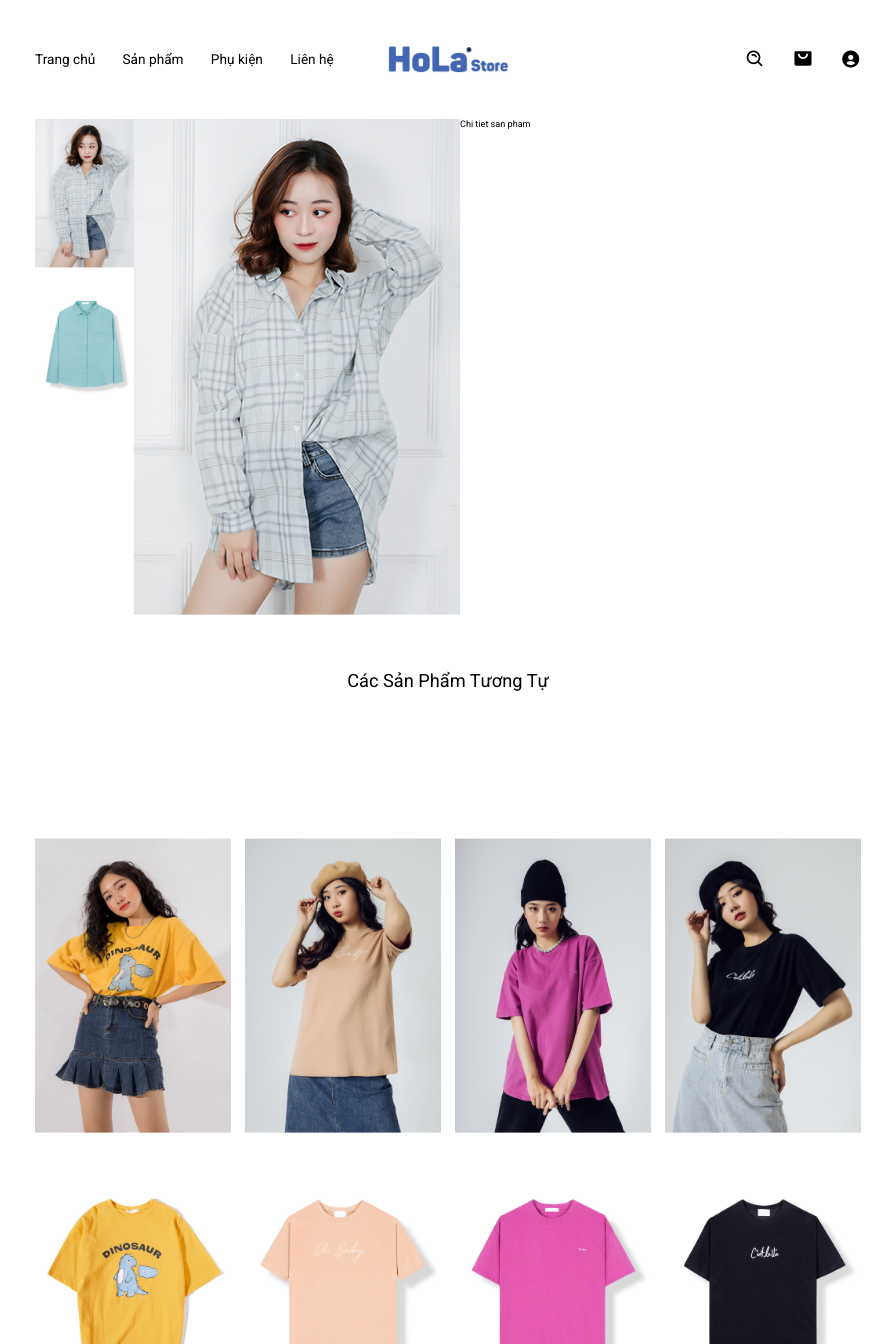
Repository: eric-nguyen-fe/Hola-ecommerce
Page: /catalog/ao-somi-caro-07
The author's editor kept a copy of each file at every save. The page is drawn from the files as they stood at one save, then again after the next save.
The browser window is 1280 px wide. The pictures show the part of the page from y = 0 to 1920 px (the page is 3731 px tall before and 4226 px after), at 70% of full size.
The project was rebuilt for these pictures with package versions that can differ from the ones it lists, and the page was loaded fresh each time. Also part of the build but not shown: src/components/HeroSlider.jsx, src/components/PolicyCard.jsx, src/assets/fake-data/hero-slider.js, src/assets/fake-data/policy.js, src/pages/Home.jsx, src/components/CheckBox.jsx, src/assets/fake-data/category.js, src/assets/fake-data/product-color.js and 4 more.

Above is the page before, as saved 2021-12-10 12:16:15.

### src/scss/index.scss
@import "./variables";
@import "./mixins";
@import "./base";

@import "./components/header";
@import "./components/footer";
@import "./components/hero-slider.scss";
@import "./components/button";
@import "./components/policy-card";
@import "./components/section";
@import "./components/product-card";
@import "./components/catalog";
@import "./components/custom-checkbox.scss";
@import "./components/product";

### src/components/Layout.jsx
import React from 'react'

import { BrowserRouter, Route } from 'react-router-dom'

import Header from './Header'
import Footer from './Footer'

import Routes from '../routes/Routes'

const Layout = () => {
    return (
        <BrowserRouter>
            <Route render={props => (
                <div>

                    <div className="container">
                    <Header {...props}/>
                        <div className="main">
                            <Routes/>
                        </div>
                    </div>
                    <Footer/>
                </div>
            )}/>
        </BrowserRouter>
    )
}

export default Layout

### src/scss/_variables.scss
$main-bg: #fff;
$main-color: #4267b2;

$txt-main-color: #000;
$txt-second-color: #8d8d8d;
$txt-white: #fff;

$btn-main-bg: $main-color;
$btn-main-color: #fff;

$header-height: 170px;
$header-tablet-height: 70px;
$header-mobile-height: 40px;
$header-shrink-height: 70px;

$box-shadow: rgba(73, 90, 105, 0.2) 0px 8px 24px;

$colors: (
    "blue": #4267b2,
    "orange": #eea54d,
    "pink": #f3786d,
    "white": #fff,
    "black": #000,
    "main": $main-color
);

$mobile-width: 600px;
$tablet-width: 1024px;

$numbers: (0, 1, 2, 3, 4, 5, 6, 7, 8);

### src/scss/mixins.scss
@mixin flex ($align-item, $justify-content) {
    display: flex;
    align-items: $align-item;
    justify-content: $justify-content;
}

@mixin mobile {
    @media only screen and (max-width: $mobile-width){
        @content;
    }
}

@mixin tablet {
    @media only screen and (max-width: $tablet-width){
        @content;
    }
}

### src/scss/_base.scss
@import url("https://fonts.googleapis.com/css2?family=M+PLUS+Rounded+1c:wght@100;300;400;500;700;800;900&family=Roboto:ital,wght@0,100;0,300;0,400;0,500;0,700;0,900;1,100;1,300;1,400;1,500;1,700;1,900&display=swap");

@import url("https://fonts.googleapis.com/css2?family=M+PLUS+Rounded+1c:wght@100;300;400;500;700;800;900&family=Roboto:ital,wght@0,100;0,300;0,400;0,500;0,700;0,900;1,100;1,300;1,400;1,500;1,700;1,900&display=swap");

* {
    padding: 0;
    margin: 0;
    box-sizing: border-box;
    -webkit-tap-highlight-color: transparent;
    user-select: none;
}

html {
    font-size: 13px;
}

body {
    font-family: "Roboto", sans-serif;
}

ul {
    list-style-type: none;
}

a {
    text-decoration: none;
    color: unset;
}

a:hover {
    color: $main-color;
}

img {
    max-width: 100%;
}

@each $color, $val in $colors {
    .color-#{$color} {
        color: $val;
    }

    .bg-#{$color} {
        background-color: $val;
    }
}

@each $val in $numbers {
    .grid-col-#{$val} {
        grid-template-columns: repeat($val, 1fr);
    }
}

@each $val in $numbers {
    .grid-col-md-#{$val} {
        @include tablet {
            grid-template-columns: repeat($val, 1fr);
        }
    }
}

@each $val in $numbers {
    .grid-col-sm-#{$val} {
        @include mobile {
            grid-template-columns: repeat($val, 1fr);
        }
    }
}

.container {
    width: 100%;
    max-width: 1620px;
    padding: 0 50px;
    margin: auto;

    @include tablet {
        padding: 0 20px;
    }

    @include mobile {
        padding: 0 10px;
    }
}

.main {
    margin-top: $header-height;
    margin-bottom: 2rem;
    min-height: 100vh;

    @include tablet {
        margin-top: calc(#{$header-tablet-height} + 20px);
    }

    @include mobile {
        margin-top: calc(#{$header-mobile-height} + 10px);
    }
}

.grid {
    display: grid;
}

### src/scss/components/_header.scss
.header {
    background-color: $main-bg;
    position: fixed;
    top: 0;
    left: 0;
    width: 100%;
    z-index: 99;
    height: $header-height;
    transition: height .3s ease;

    @include tablet {
        height: $header-tablet-height;
        box-shadow: $box-shadow;
    }

    .container {
        height: 100%;
    }

    &.shrink{
        height: $header-shrink-height;
        box-shadow: $box-shadow;
        z-index: 100;

        @include mobile {
            height: $header-mobile-height;
        }
    }

    &__logo {
        @include flex (center, center);
        position: absolute;
        inset: 0;
        pointer-events: none;

        img {
            height: 38px;
        }
    }

    &__menu {
        @include flex(center, space-between);
        height: 100%;
        font-size: 1.5rem;

        &__item ~ &__item {
            margin-left: 39px;

            @include tablet {
                margin-left: 20px;
            }

            @include mobile {
                margin-left: 10px;
            }
        }

        &__item.active {
            font-weight: 600;
            color: $main-color;
        }


        &__item:hover {
            color: $main-color;
        }

        &__left,
        &__right {
            @include flex(center, center);
            height: 100%;
        }

        &__right {
            font-size: 2.25rem;

            &__item {
                @include flex(center, center);

                @include tablet {
                    margin-left: 10px;
                }
            }



            @include mobile {
                font-size: 1.5rem;
            }
        }

        &__left {
            &__close{
                display: none;
            }

            @include tablet {
                flex-direction: column;
                background-color: $main-bg;
                position: absolute;
                left: 0;
                top: 0;
                width: 100%;
                height: 100vh;
                justify-content: flex-start;
                padding-top: 30px;
                transform: translateX(-100%);
                transition: transform 0.5s ease;

                &.active {
                    transform: translateX(0);
                }

                &__item ~ &__item {
                    margin-left: unset;
                    margin-top: 20px;
                }

                &__close {
                    display: block;
                    position: absolute;
                    left: 20px;
                    font-size: 2.5rem;
                }
            }
        }

        &__mobile-toggle {
            display: none;

            @include tablet {
                display: block;
                font-size: 2.5rem;

            }
        }


    }
}

### src/scss/components/_footer.scss
.footer {
    padding: 70px 0;
    box-shadow: $box-shadow;
    font-size: 1.1rem;

    &__logo {
        height: 30px;
    }

    &__about {
        p {
            margin-bottom: 2rem;
        }
    }

    &__title {
        text-transform: uppercase;
        margin-bottom: 2rem;
        font-weight: 600;
    }

    &__content {
        p {
            margin-bottom: 1.25rem;
        }
    }
}

### src/scss/components/_button.scss
.btn {
    border: 0;
    outline: 0;
    color: $btn-main-color;
    font-size: 1.5rem;
    font-weight: 600;
    text-transform: uppercase;
    cursor: pointer;
    overflow: hidden;
    position: relative;

    @include mobile {
        font-size: 1rem;
    }

    &__txt,
    &__icon {
        display: block;
        transition: transform 0.5s ease;
    }

    &__txt {
        padding: 1rem 2rem;
    }

    &__icon {
        @include flex(center, center);
        font-size: 2rem;
        position: absolute;
        left: 0;
        top: 0;
        height: 100%;
        width: 100%;
        transform: translateX(-100%);
    }

    &-animate:hover &__txt {
        transform: translateX(100%);
    }

    &-animate:hover &__icon {
        transform: translateX(0);
    }

    &-sm {
        font-size: 1rem;
    }

    &-sm &__txt {
        padding: 0.7rem 1.5rem;
    }
}

### src/scss/components/_policy-card.scss
.policy-card {
    @include flex(center, flex-start);
    padding: 20px;
    padding-left: 0;
    box-shadow: $box-shadow;
    transition: transform .5s ease;

    &:hover {
        transform: translateY(-20%);
    }

    &__icon {
        @include flex (center, center);
        width: 40%;
        color: $main-color;

        i {
            font-size: 3rem;
        }
    }

    &__info{
        &__name{
            font-size: 1.25rem;
            font-weight: 600;
            margin-bottom: 7px;
        }

        &__description{
            font-size: 1rem;
            color: $txt-second-color;
        }

    }
}

### src/scss/components/_section.scss
.section {
    margin-bottom: 80px;

    & > * ~ * {
        margin-top: 70px;
    }

    &__title {
        font-size: 2rem;
        text-transform: capitalize;
        text-align: center;
    }
}

### src/scss/components/product-card.scss
.product-card {
    text-align: center;
    margin-bottom: 30px;

    &__image {
        padding-top: 50%;
        position: relative;
        overflow: hidden;
        margin-bottom: 30px;
    }
}

### src/scss/components/_catalog.scss
.catalog {
    @include flex(flex-start, flex-start);

    @include tablet {
        flex-direction: column;
    }

    &__filter {
        width: 20%;

        @include tablet {
            width: max-content;
            height: 100vh;
            background-color: $main-bg;
            padding: 1rem;
            position: fixed;
            left: 0;
            top: $header-tablet-height;
            z-index: 100;
            box-shadow: $box-shadow;
            transform: translateX(-100%);
            transition: transform 0.3s ease;
        }

        @include mobile {
            top: $header-mobile-height;
        }

        &.active {
            transform: translateX(0);
        }

        &__widget {
            margin-bottom: 2rem;

            &__title {
                font-size: 1.25rem;
                font-weight: 600;
                text-transform: capitalize;
                margin-bottom: 16px;
            }

            &__content {
                color: $txt-second-color;

                &__item {
                    margin-bottom: 13px;
                }
            }
        }
    }

    &__content {
        flex-grow: 1;

        @include tablet {
            width: 100%;
        }
    }

    &__filter__toggle {
        display: none;

        @include tablet {
            display: block;
            margin-bottom: 2rem;
        }
    }
}

### src/scss/components/custom-checkbox.scss
.custom-checkbox {
    @include flex (center, flex-start);

    cursor: pointer;

    &:hover {
        color: $main-color;
    }

    input {
        position: absolute;
        opacity: 0;

    }
}

### src/scss/components/_product.scss
.product {
    @include flex (flex-start, flex-start);

    &__images {
        @include flex(flex-start, flex-start);
        width: 60%;
        flex-wrap: wrap;

        &__list {
            width: 20%;

            &__item {
                cursor: pointer;
            }
        }

        &__main {
            flex-grow: 1;
            padding-top: 100%;
            position: relative;

            img {
                position: absolute;
                top: 0;
                left: 50%;
                height: 100%;
                transform: translateX(-50%);
            }
        }
    }
}

### src/components/Header.jsx
import React, { useRef, useEffect } from 'react'
import { Link, useLocation } from 'react-router-dom'

import logo from '../assets/images/Logo-2.png'

const mainNav = [
    {
        display: "Trang chủ",
        path: '/'
    },
    {
        display: "Sản phẩm",
        path: '/catalog'
    },
    {
        display: "Phụ kiện",
        path: '/accessories'
    },
    {
        display: "Liên hệ",
        path: '/contact'
    }
]

const Header = () => {

    const {pathname} = useLocation()
    const activeNav = mainNav.findIndex(e => e.path === pathname)

    const headerRef = useRef(null)

    useEffect(() => {
        window.addEventListener("scroll", () => {
            if(document.body.scrollTop > 80 || document.documentElement.scrollTop > 80) {
                headerRef.current.classList.add('shrink')
            } else {
                headerRef.current.classList.remove('shrink')
            }
        })
        return () => {
            window.removeEventListener("scroll")
        }
    }, []);

    const menuLeft = useRef(null);

    const menuToggle = () => menuLeft.current.classList.toggle('active')


    return (
        <div className="header" ref={headerRef}>
            <div className="container">
                <div className="header__logo">
                    <Link to="/">
                        <img src={logo} alt="" />
                    </Link>
                </div>
                <div className="header__menu">
                    <div className="header__menu__mobile-toggle" onClick={menuToggle} >
                        <i className='bx bx-menu' ></i>
                    </div>
                    <div className="header__menu__left" ref={menuLeft}>
                        <div className="header__menu__left__close" onClick={menuToggle}>
                            <i className='bx bx-left-arrow-alt' ></i>
                        </div>

                        {
                            mainNav.map((item, index) =>(
                                <div
                                key={index}
                                className={`header__menu__item header__menu__left__item ${index === activeNav ? 'active' : ''}`}
                                onClick={menuToggle}
                                >
                                    <Link to={item.path}>
                                        <span>
                                            {item.display}
                                        </span>
                                    </Link>
                                </div>
                            ))
                        }
                    </div>
                   <div className="header__menu__right">
                       <div className="header__menu__item header__menu__right__item">
                            <i className='bx bx-search-alt'></i>
                       </div>
                       <div className="header__menu__item header__menu__right__item">
                           <Link to="/cart">
                                <i className="bx bxs-shopping-bag-alt"></i>

                           </Link>
                       </div>
                       <div className="header__menu__item header__menu__right__item">
                           <i className="bx bxs-user-circle"></i>
                       </div>
                   </div>
                </div>
            </div>
        </div>
    )
}

export default Header

### src/routes/Routes.jsx
import React from 'react'

import { Route, Switch } from 'react-router-dom'

import Home from '../pages/Home';
import Catalog from '../pages/Catalog';
import Cart from '../pages/Cart';
import Product from '../pages/Product';

const Routes = () => {
    return (
        <Switch>
            <Route path="/" exact component = {Home}/>
            <Route path="/catalog/:slug" exact component = {Product}/>
            <Route path="/catalog" exact component = {Catalog}/>
            <Route path="/cart" exact component = {Cart}/>
        </Switch>
    )
}

export default Routes

### src/pages/Product.jsx
import React, {useEffect} from 'react';

import Helmet from '../components/Helmet'
import Section, {SectionBody, SectionTitle} from '../components/Section'
import Grid from '../components/Grid'
import ProductCard from '../components/ProductCard'


import productData from '../assets/fake-data/products';
import ProductView from '../components/ProductView';


const Product = props => {

    const product = productData.getProductBySlug(props.match.params.slug)

    const relatedProducts = productData.getProducts(8)

    React.useEffect(() => {
        window.scrollTo(0,0)
    }, [product])

    return (
        <Helmet title={product.title}>
            <Section>
                <SectionBody>
                    {
                       <ProductView product={product}/>                    }
                </SectionBody>
            </Section>
            <Section>
                <SectionTitle>
                   Các sản phẩm tương tự
                </SectionTitle>
                <SectionTitle>
                <Grid
                        col={4}
                        mdCol={2}
                        smCol={1}
                        gap={20}
                    >
                        {
                            relatedProducts.map((item, index) => (
                                <ProductCard
                                    key={index}
                                    img01={item.image01}
                                    img02={item.image02}
                                    name={item.title}
                                    price={Number(item.price)}
                                    slug={item.slug}
                                />
                            ))
                        }
                    </Grid>
                </SectionTitle>
            </Section>
        </Helmet>
    )
}

export default Product

### src/components/Helmet.jsx
import React, {useEffect} from 'react'
import PropTypes from 'prop-types'

const Helmet = props => {

    document.title = 'Hola - ' + props.title

    useEffect(() => {
        window.scrollTo(0,0)

    }, [])

  return (
    <div>
        {props.children}
    </div>
  )
}

Helmet.propTypes = {
    title: PropTypes.string.isRequired
}

export default Helmet

### src/components/ProductCard.jsx
import React from 'react'
import PropTypes from 'prop-types'

import { Link } from 'react-router-dom'

import Button from './Button'

import numberWithCommas from '../utils/numberWithCommas'

const ProductCard = props => {
    return (
        <div className="product-card">
            <Link to={`/catalog/${props.slug}`}>
                <div className="product-card__image">
                    <img src={props.img01} alt="" />
                    <img src={props.img02} alt="" />
                </div>
                <h3 className="product-card__name">{props.name}</h3>
                <div className="product-card__price">
                    {numberWithCommas(props.price)}
                    <span className="product-card__price__old">
                        <del>{numberWithCommas(399000)}</del>
                    </span>
                </div>
            </Link>
            <div className="product-card__btn">
                <Button
                    size="sm"
                    icon="bx bx-cart"
                    animate={true}
                >
                    Chọn mua
                </Button>
            </div>
        </div>
    )
}

ProductCard.propTypes = {
    img01: PropTypes.string.isRequired,
    img02: PropTypes.string.isRequired,
    name: PropTypes.string.isRequired,
    price: PropTypes.number.isRequired,
    slug: PropTypes.string.isRequired,


}

export default ProductCard

### src/components/Button.jsx
import React from 'react'
import PropTypes from 'prop-types'

const Button = props => {

    const bg = props.backgroundColor ? 'bg-' + props.backgroundColor : 'bg-main'

    const size = props.size ? 'btn-' + props.size : ''

    const animate = props.animate ? 'btn-animate' : ''

    return (
        <button
            className={`btn ${bg} ${size} ${animate}`}
            onClick={props.onClick ? () => props.onClick() : null}
        >
            <span className="btn__txt">{props.children}</span>
            {
                props.icon ? (
                    <span className="btn__icon">
                        <i className={`${props.icon} bx-tada`}></i>
                    </span>
                ) : null
            }
        </button>
    )
}

Button.propTypes = {
    backgroundColor: PropTypes.string,
    size: PropTypes.string,
    icon: PropTypes.string,
    animate: PropTypes.bool,
    onclick: PropTypes.func
}

export default Button

### src/components/ProductView.jsx
import React, {useState} from 'react'
import PropTypes from 'prop-types'

const ProductView = props => {

    const product = props.product

    const [previewImg, setPreviewImg ] = useState(product.image01);

    return (
<div className="product">
            <div className="product__images">
                <div className="product__images__list">
                    <div className="product__images__list__item" onClick={() => setPreviewImg(product.image01)}>
                        <img src={product.image01} alt="" />
                    </div>
                    <div className="product__images__list__item" onClick={() => setPreviewImg(product.image02)}>
                        <img src={product.image02} alt="" />
                    </div>
                </div>
                <div className="product__images__main">
                    <img src={previewImg} alt="" />
                </div>
                <div className="product-description">
                    <div className="product-description__title">
                        Chi tiet san pham
                    </div>
                    <div className="product-description__content" dangerouslySetInnerHTML={{__html:product.description__content}}>

                    </div>
                </div>
            </div>
        </div>
    )
}

ProductView.propTypes = {
    product: PropTypes.object.isRequired,

}

export default ProductView

Loaded but not shown: public/index.html (common file); src/reportWebVitals.js (common file); src/assets/boxicons-2.0.7/css/boxicons.min.css (library); src/components/Grid.jsx (common file); src/components/Section.jsx (common file); src/utils/numberWithCommas.js (common file); src/assets/fake-data/products.js (275 lines, source omitted); src/index.js (20 lines, source omitted); src/scss/components/hero-slider.scss (214 lines, source omitted); src/components/Footer.jsx (124 lines, source omitted)

After the next save:
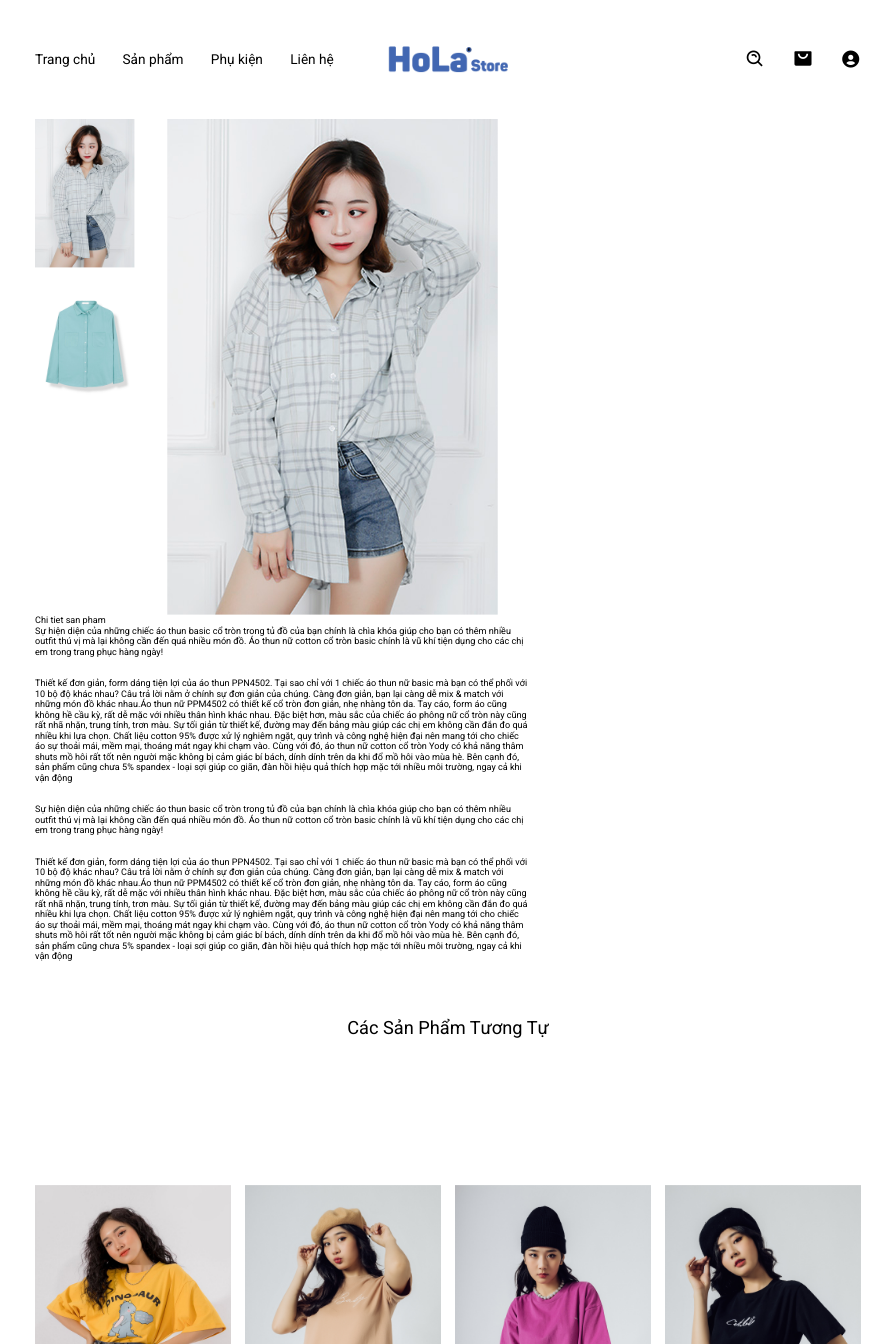
Saved 15 s later.
--- a/src/components/ProductView.jsx
+++ b/src/components/ProductView.jsx
@@ -25,7 +25,7 @@ const ProductView = props => {
                     <div className="product-description__title">
                         Chi tiet san pham
                     </div>
-                    <div className="product-description__content" dangerouslySetInnerHTML={{__html:product.description__content}}>
+                    <div className="product-description__content" dangerouslySetInnerHTML={{__html:product.description}}>
 
                     </div>
                 </div>
